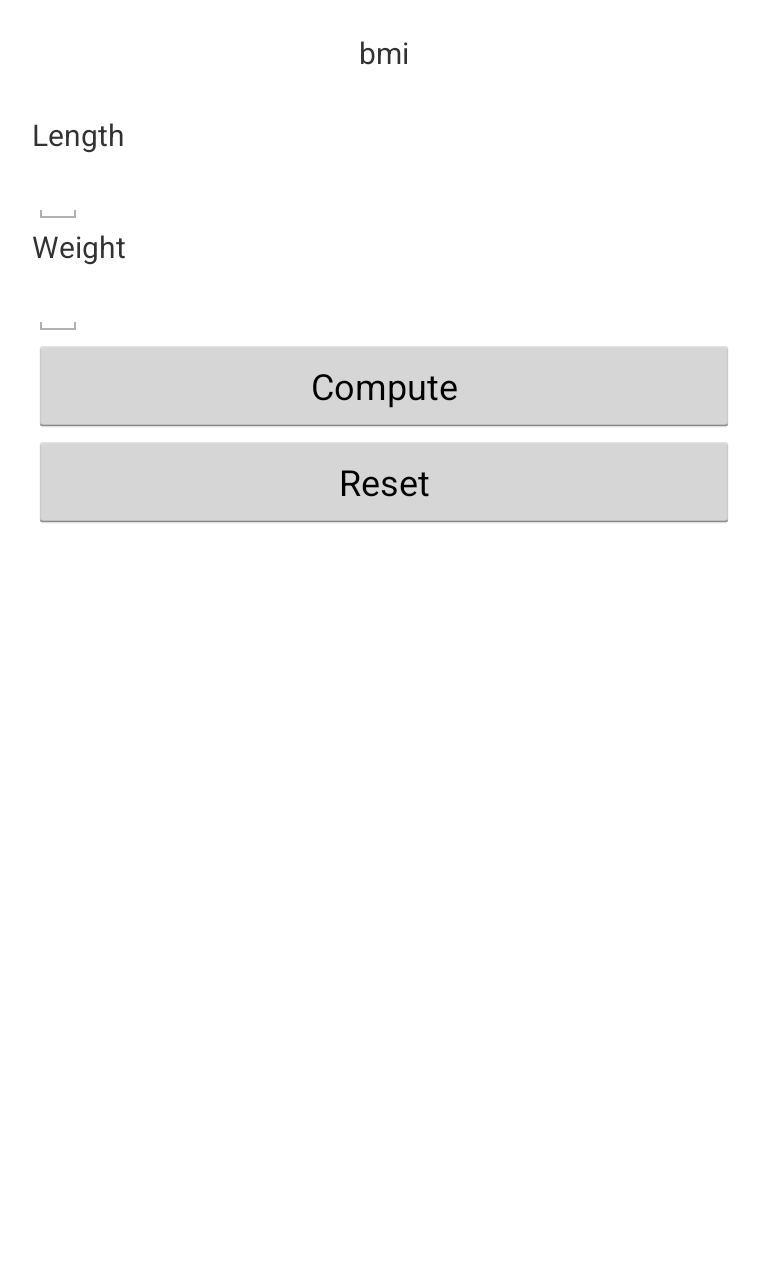
Repository: ek222mw/IDV436_API_Komponent
Layout: labb1_BMI/res/layout/activity_main.xml
These files come from the project's save history. The layout is drawn as it stood at one moment and after the next save; the edit follows.
It is drawn on a 768 x 1280 px phone screen (xhdpi) without system bars, with theme AppTheme; the app's code is not run.

Above is the layout before, as saved 2014-11-17 13:53:41.

### labb1_BMI/res/layout/activity_main.xml
<LinearLayout xmlns:android="http://schemas.android.com/apk/res/android"
    xmlns:tools="http://schemas.android.com/tools"
    android:orientation="vertical"
    android:layout_width="match_parent"
    android:layout_height="match_parent"
    android:paddingBottom="@dimen/activity_vertical_margin"
    android:paddingLeft="@dimen/activity_horizontal_margin"
    android:paddingRight="@dimen/activity_horizontal_margin"
    android:paddingTop="@dimen/activity_vertical_margin"
    tools:context="com.example.randomize.RandomNum" >



    <TextView

        android:layout_width="wrap_content"
        android:layout_height="wrap_content"
        android:text="@string/bmi"
        android:layout_gravity="center"
        android:textSize="15sp"
         />

    <TextView
        android:id="@+id/result"
        android:layout_width="wrap_content"
        android:layout_height="wrap_content"
        android:text="@string/result"
        android:layout_gravity="left"
        android:textSize="15sp"
         />
     <TextView

        android:layout_width="wrap_content"
        android:layout_height="wrap_content"
        android:text="@string/height"
        android:layout_gravity="left"
        android:textSize="15sp"
         />

    <EditText android:id="@+id/edit_text"

        android:layout_width="wrap_content"
        android:layout_height="wrap_content"


        android:textSize="15sp"
        android:hint="@string/edit_text_Length" />

    <TextView

        android:layout_width="wrap_content"
        android:layout_height="wrap_content"
        android:text="@string/weight"
        android:layout_gravity="left"
        android:textSize="15sp"
         />

    <EditText android:id="@+id/edit_text_Weight"

        android:layout_width="wrap_content"
        android:layout_height="wrap_content"

        android:gravity="center"
        android:textSize="15sp"
        android:hint="@string/edit_text_Weight" />

    <Button android:id="@+id/Button_Send"
        android:layout_width="match_parent"
        android:layout_height="wrap_content"
        android:layout_gravity="center"
        android:text="@string/button_text" />

    <Button android:id="@+id/Reset"
        android:layout_width="match_parent"
        android:layout_height="wrap_content"
        android:text="@string/Reset" />

</LinearLayout>

### labb1_BMI/res/values/strings.xml
<?xml version="1.0" encoding="utf-8"?>
<resources>

    <string name="app_name">labb1_BMI</string>
    <string name="bmi">bmi</string>
    <string name="result"></string>
    <string name="height">Length</string>
    <string name="edit_text_Length"></string>
    <string name="weight">Weight</string>
    <string name="edit_text_Weight"></string>
    <string name="button_text">Compute</string>
    <string name="Reset">Reset</string>
    <string name="action_settings">Settings</string>

</resources>

Loaded but not shown: labb1_BMI/res/values/styles.xml (common file); labb1_BMI/res/values-v11/styles.xml (common file); labb1_BMI/res/values-v14/styles.xml (common file); labb1_BMI/res/values/dimens.xml (common file); labb1_BMI/res/values-w820dp/dimens.xml (common file)

After the next save:
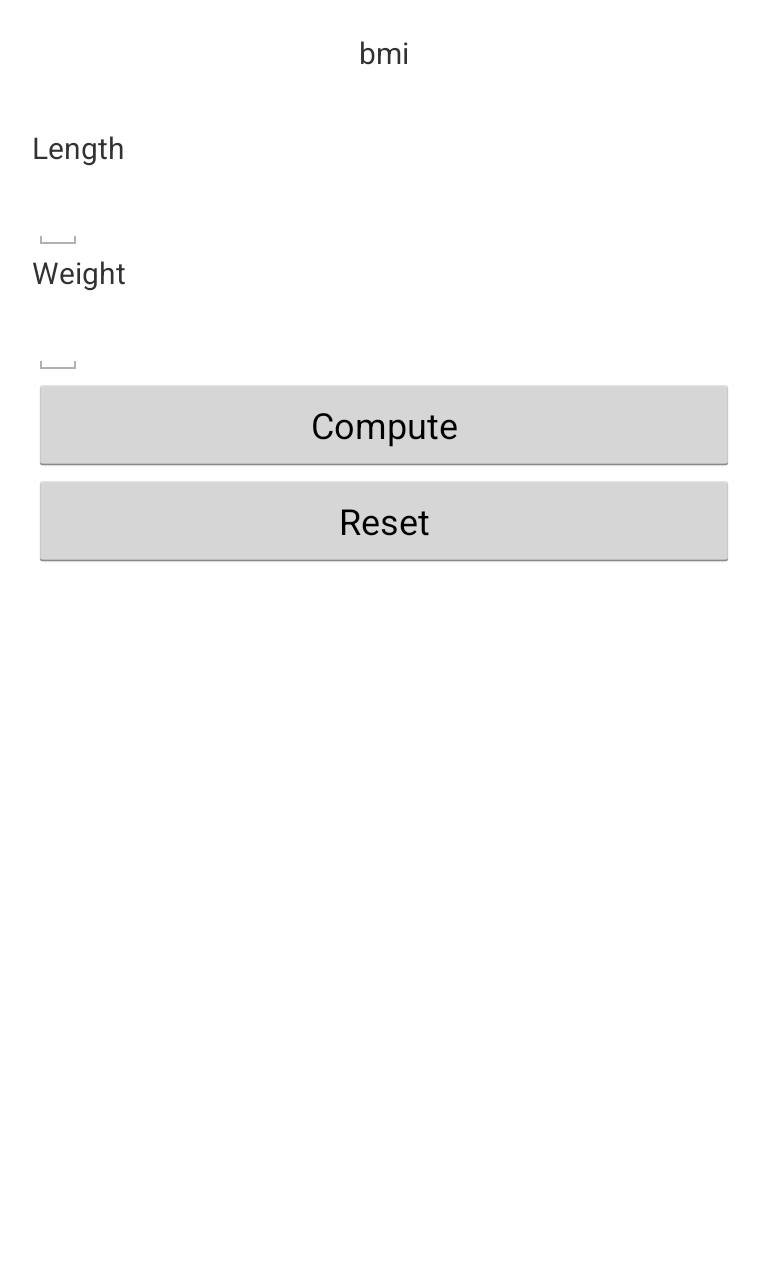
Saved 2 min 55 s later.
--- a/labb1_BMI/res/layout/activity_main.xml
+++ b/labb1_BMI/res/layout/activity_main.xml
@@ -25,8 +25,8 @@
         android:layout_width="wrap_content"
         android:layout_height="wrap_content"
         android:text="@string/result"
-        android:layout_gravity="left"
-        android:textSize="15sp"
+        android:layout_gravity="center"
+        android:textSize="20sp"
          />
      <TextView
 
@@ -43,7 +43,7 @@
         android:layout_height="wrap_content"
 
 
-        android:textSize="15sp"
+        android:textSize="20sp"
         android:hint="@string/edit_text_Length" />
 
     <TextView
@@ -61,7 +61,7 @@
         android:layout_height="wrap_content"
 
         android:gravity="center"
-        android:textSize="15sp"
+        android:textSize="20sp"
         android:hint="@string/edit_text_Weight" />
 
     <Button android:id="@+id/Button_Send"
